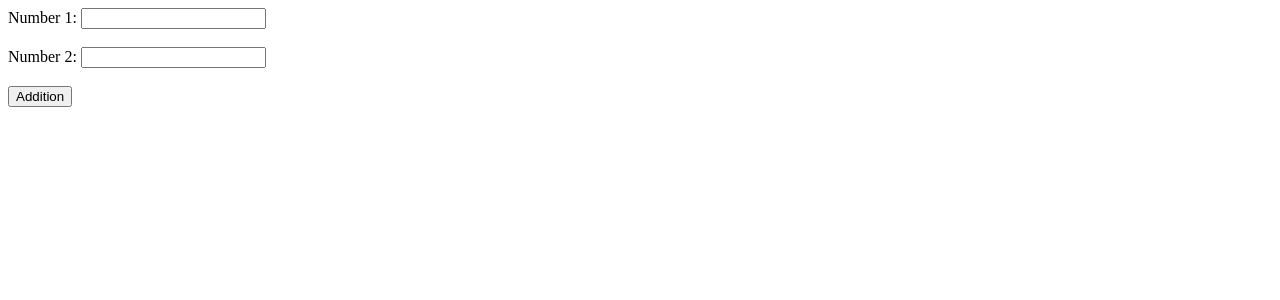
Repository: yogendra-dashore/java-ism
Page: ServletCalcutalor/src/main/webapp/calcy.html
An editor plug-in stored every save of this project. The page is shown before and after the next save, followed by the edit.
The browser window is 1280 px wide. The pictures show the whole page.

Above is the page before, as saved 2023-03-28 10:53:47.

### ServletCalcutalor/src/main/webapp/calcy.html
<!DOCTYPE html>
<html>
<head>
<meta charset="UTF-8">
<title>Insert title here</title>
</head>
<body>
<form action="calcy" method="post">

Number 1: <input type="number" name="number1"><br><br>
Number 2: <input type="number" name="number2"><br><br>

<input type="Submit" value="Addition">





</form>

</body>
</html>

After the next save:
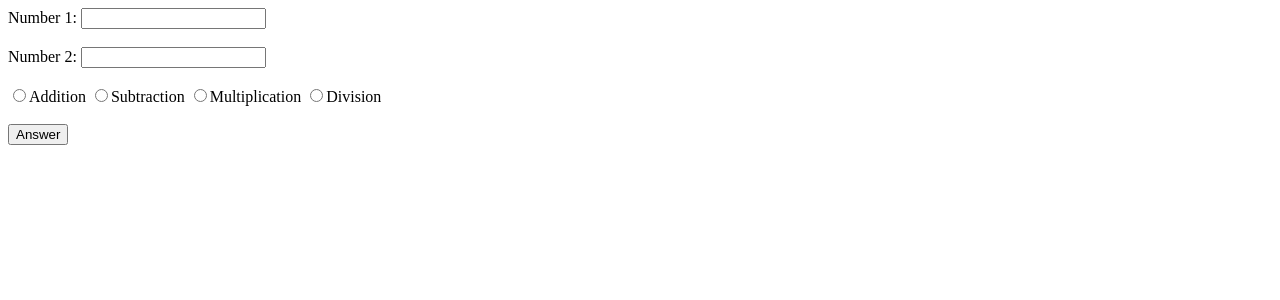
Saved 35 min 38 s later.
--- a/ServletCalcutalor/src/main/webapp/calcy.html
+++ b/ServletCalcutalor/src/main/webapp/calcy.html
@@ -10,11 +10,18 @@
 Number 1: <input type="number" name="number1"><br><br>
 Number 2: <input type="number" name="number2"><br><br>
 
-<input type="Submit" value="Addition">
+
+<input type="radio"  name="addition" value="add">Addition
+
+<input type="radio" name="subtraction" value="sub">Subtraction
+
+<input type="radio" id="css" name="multiplication" value="multi">Multiplication
+
+<input type="radio" id="css" name="division" value="div">Division
+<br><br>
 
 
-
-
+<input type="Submit" value="Answer">
 
 </form>
 
